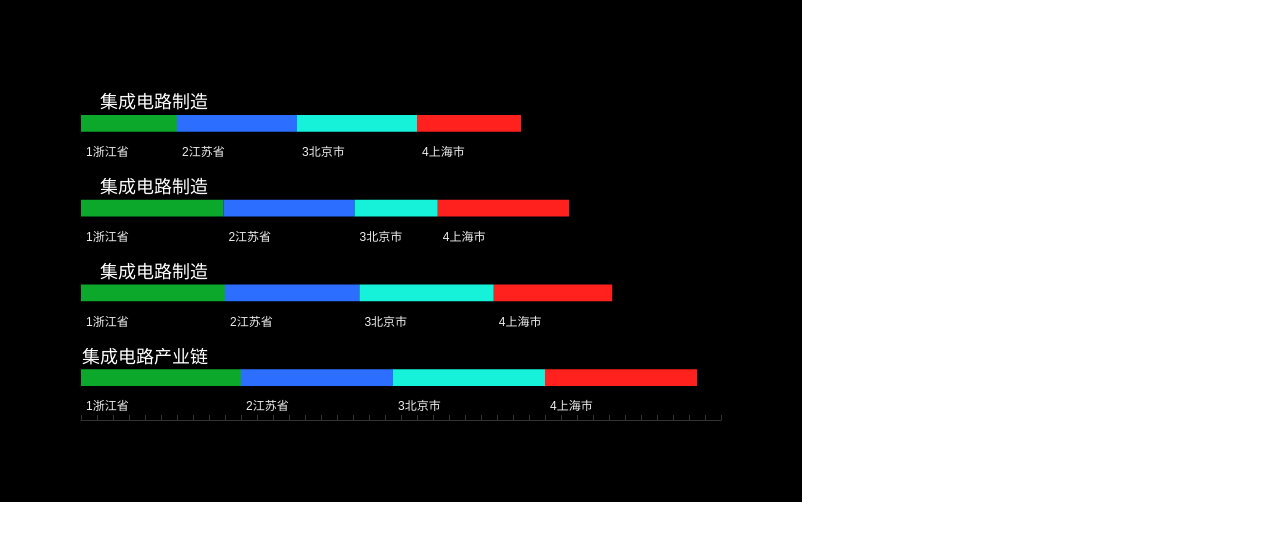
Repository: 572031690/echartproj
Page: /#/test
The author's editor kept a copy of each file at every save. The page is drawn from the files as they stood at one save, then again after the next save.
The browser window is 1280 px wide. The pictures show the whole page.
The project was rebuilt for these pictures with package versions that can differ from the ones it lists, and the page was loaded fresh each time. Also part of the build but not shown: vue.config.js, src/components/Seller.vue, src/views/SellerPage.vue, src/utils/theme_utils.js, src/components/Trend.vue, src/views/TrendPage.vue, src/utils/map_utils.js, src/components/Map.vue and 9 more.

Above is the page before, as saved 2021-08-03 12:45:12.

### public/index.html
<!DOCTYPE html>
<html lang="en">
  <head>
    <meta charset="utf-8">
    <meta http-equiv="X-UA-Compatible" content="IE=edge">
    <meta name="viewport" content="width=device-width,initial-scale=1.0">
    <link rel="icon" href="<%= BASE_URL %>favicon.ico">
    <title><%= htmlWebpackPlugin.options.title %></title>
  </head>
  <body>
    <noscript>
      <strong>We're sorry but <%= htmlWebpackPlugin.options.title %> doesn't work properly without JavaScript enabled. Please enable it to continue.</strong>
    </noscript>
    <div id="app"></div>
    <!-- built files will be auto injected -->
    <!-- 一旦通过script标签引入的echarts.js的文件之后呢, window.echarts -->
    <script src="static/lib/echarts.min.js"></script>
    <!-- 引入主题的js文件 -->
    <script src="static/theme/chalk.js"></script>
    <script src="static/theme/vintage.js"></script>
  </body>
</html>

### src/main.js
import Vue from 'vue'
import App from './App.vue'
import router from './router'
import store from './store'
// 引入字体的文件
import './assets/font/iconfont.css'
// 引入全局的样式文件
import './assets/css/global.less'
import axios from 'axios'
import SocketService from './utils/socket_service'

// 调用socket **********
// import SocketService from '@/utils/socket_service'
// 对服务端进行webSocket连接 *********
// SocketService.Instance.connect()
// Vue.prototype.$socket = SocketService.Instance

// 请求基准路径的配置
axios.defaults.baseURL = 'http://127.0.0.1:8888/api/'
// 将axios挂载到Vue的原型对象上
// 在别的组件中 this.$http
Vue.prototype.$http = axios

// 将全局的echarts对象挂载到Vue的原型对象上
// 别的组件中 this.$echarts
Vue.prototype.$echarts = window.echarts

Vue.config.productionTip = false

new Vue({
  router,
  store,
  render: h => h(App)
}).$mount('#app')

### src/App.vue
<template>
  <div id="app">
    <!-- 路由占位符 -->
    <router-view></router-view>
  </div>
</template>

<style lang="less">

</style>

### src/router/index.js
import Vue from 'vue'
import VueRouter from 'vue-router'
import SellerPage from '@/views/SellerPage'
import TrendPage from '@/views/TrendPage'
import MapPage from '@/views/MapPage'
import RankPage from '@/views/RankPage'
import HotPage from '@/views/HotPage'
import StockPage from '@/views/StockPage'
import Test from '../components/Test.vue'
import ScreenPage from '@/views/ScreenPage'

Vue.use(VueRouter)

const routes = [
  {
    path: '/',
    redirect: '/screen'
  },
  {
    path: '/screen',
    component: ScreenPage
  },
  {
    path: '/sellerpage',
    component: SellerPage
  },
  {
    path: '/trendpage',
    component: TrendPage
  },
  {
    path: '/mappage',
    component: MapPage
  },
  {
    path: '/rankpage',
    component: RankPage
  },
  {
    path: '/hotpage',
    component: HotPage
  },
  {
    path: '/stockpage',
    component: StockPage
  },
  {
    path: '/test',
    component: Test
  }

]

const router = new VueRouter({
  routes
})

export default router

### src/store/index.js
import Vue from 'vue'
import Vuex from 'vuex'

Vue.use(Vuex)

export default new Vuex.Store({
  state: {
    theme: 'chalk'
  },
  mutations: {
    changeTheme (state) {
      if(state.theme === 'chalk'){
        state.theme = 'vintage'
      }else{
        state.theme = 'chalk'
      }
    }
  },
  actions: {
  },
  modules: {
  }
})

### src/assets/css/global.less
html, body, #app {
  width: 100%;
  height: 100%;
  padding: 0;
  margin: 0;
  overflow: hidden;
}

.com-page {
  width: 100%;
  height: 100%;
  overflow: hidden;
}

.com-container {
  width: 100%;
  height: 100%;
  overflow: hidden;
  position: relative;
}

.com-chart {
  width: 100%;
  height: 100%;
  overflow: hidden;
}

canvas {
  border-radius: 20px;
}

/*无法选中图片文字方法*/
span,div,img{
  user-select:none;
}

### src/utils/socket_service.js
export default class SocketService {
    // 单例的设计模式
    //如果别人通过get Instance 来的到我的实例对象 那我只会给他返回同一个实例对象
    static instance = null
    static get Instance() {
        if (!this.instance) {
            this.instance = new SocketService()
        }
        return this.instance
    }

    //和服务端连接的socket对象
    ws = null
    //存储回调函数
    callBackMapping = {}
    //定义连接服务器的方法
    connect() {
        //连接服务器
        if (!window.WebSocket) {
            return console.log('你的浏览器不支持WebSocket');
        }
        this.ws = new WebSocket('ws://localhost:9998')

        //连接服务端成功
        this.ws.onopen = () => {
            console.log('连接服务端成功');
        }
        //连接服务端失败
        this.ws.onclose = () => {
            console.log('连接服务端失败');
        }
        //得到服务端发送过来的数据
        this.ws.onmessage = msg => {
            console.log('从服务端获取数据');
            //得到的数据在msg的data里面
            // console.log(msg.data);
            const recvData = JSON.parse(msg.data)
            const socketType = recvData.socketType
            //判断回调函数是否存在
            if(this.callBackMapping[socketType]){
                const action = recvData.action
                if(action === 'getData') {
                    const realData = JSON.parse(recvData.data)
                    this.callBackMapping[socketType]
                }else if( action === 'fullScreen') {

                }else if(action === 'themeChange') {

                }
            }
        }
    }
    //回调函数的注册
    registerCallBack(socketType, callBack) {
        this.callBackMapping[socketType] = callBack
    }
    //取消某一个回调函数
    unRegisterCallBack(socketType) {
        this.callBackMapping[socketType] = null
    }

}

### src/components/Test.vue
<template>
  <div class="line-chart" ref="mybar">
    123
  </div>
</template>

<script>
export default {
  mounted() {
    this.getData()
    this.initChart()
  },
  data() {
    return {
      chartInstance: null,
      seriesData: [100, 120, 140, 90, 90, 80],
      barChart: {
        xAxisData: ['类别1', '类别2', '类别3', '类别4'],
        dataList: []
      },

      chartData1: [
        { rank: 1, name: '浙江省', value: 100 },
        { rank: 1, name: '江苏省', value: 90 },
        { rank: 1, name: '北京市', value: 89 },
        { rank: 1, name: '上海市', value: 60 }
      ],
      chartData2: [
        { rank: 2, name: '浙江省', value: 95 },
        { rank: 2, name: '江苏省', value: 84 },
        { rank: 2, name: '北京市', value: 82 },
        { rank: 2, name: '上海市', value: 75 }

      ],
      chartData3: [
        { rank: 3, name: '浙江省', value: 95 },
        { rank: 3, name: '江苏省', value: 84 },
        { rank: 3, name: '北京市', value: 52 },
        { rank: 3, name: '上海市', value: 75 }

      ],
      chartData4: [
        { rank: 4, name: '浙江省', value: 95 },
        { rank: 4, name: '江苏省', value: 74 },
        { rank: 4, name: '北京市', value: 82 },
        { rank: 4, name: '上海市', value: 65 }

      ],
      chartData5: [
        { rank: 5, name: '浙江省', value: 85.5 },
        { rank: 5, name: '江苏省', value: 44 },
        { rank: 5, name: '北京市', value: 72 },
        { rank: 5, name: '上海市', value: 75 }

      ],
      yAxisData: ['集成电路产业链', '集成电路制造', '集成电路制造', '集成电路制造']
    }
  },
  methods: {
    initChart() {
      const colorArr1 = [
        'rgba(11, 168, 44)',
        'rgba(44, 110, 255)',
        'rgba(22, 242, 217)',
        'rgba(254, 33, 30)',
        'rgba(250, 105, 0)'
      ]
      const ChartsData = [
        {
          name: '第一列',
          data: this.chartData1
        },
        {
          name: '第一列',
          data: this.chartData2
        },
        {
          name: '第一列',
          data: this.chartData3
        },
        {
          name: '第一列',
          data: this.chartData4
        },
        {
          name: '第一列',
          data: this.chartData5
        }
      ]
      var serises = ChartsData.map((item, index) => {
        if (item.data[index]) {
          return {
            name: item.data[index].name,
            stack: '类1',
            barWidth: '20%', // 宽度
            itemStyle: {
              color: arg => {
                return colorArr1[arg.componentIndex]
              },
              emphasis: { // 鼠标悬浮后的样式变化
                borderWidth: 5,
                borderType: 'solid',
                color: colorArr1[index],
                borderColor: colorArr1[index]
              }
            },
            data: [item.data[0].value, item.data[1].value, item.data[2].value, item.data[3].value],
            type: 'bar',
            label: {
              show: true,
              position: [5, 32],
              textStyle: {
                color: '#eee',
                fontSize: 12
              },
              formatter: arg => {
                return arg.seriesIndex + 1 + '' + item.data[index].name
              }
            }
          }
        }
      })
      // console.log(serises)
      const chartInstance = this.$echarts.init(this.$refs.mybar)
      const option = {
        tooltip: { // 设置鼠标悬浮提示框
          formatter: arg => {
            console.log(arg, '1111111111')
            return arg.seriesName + ' ' + arg.value
          },
          backgroundColor: '#343c55',
          borderColor: '#3c455a'
        },
        grid: [
          {
            top: 80,
            bottom: 81
          }
        ],
        xAxis: [
          {
            type: 'value',
            // gridIndex: 0,
            axisLabel: {
              // 刻度标签文字
              show: false
            },
            splitLine: {
              show: false
              // x轴横线

            },
            axisLine: {
              // 设置轴线
              show: true
            },
            axisTick: {
              show: true, // 是否显示坐标轴刻度。
              inside: true, // 让坐标轴刻度朝内 默认是false朝外
              length: 5 // 坐标轴刻度线的长度。
            },
            interval: 10 // 强制设置坐标轴刻度间隔值
          }
        ],
        yAxis: [
          {
            type: 'category',
            data: this.yAxisData,
            // gridIndex: 0, // x 轴所在的 grid 的索引，默认位于第一个 grid。
            axisLabel: {
              color: '#fff', // 刻度标签文字的颜色
              padding: [0, 0, 40, 0], // 设置轴文字上下偏移
              textStyle: {
                fontSize: 18
              }
            },
            offset: -135, // 设置x轴的偏移 -92是向上 但是得配合onZero: false,使用 不然负数不会生效
            axisLine: {
              onZero: false,
              // 设置轴线
              show: false
            },
            axisTick: {
              show: false // 是否显示坐标轴刻度。
            }
          }
        ],
        series: serises
      }
      chartInstance.setOption(option)
    },
    getData() {
      let sum = 0
      this.seriesData.forEach(item => (sum += item))
      const aver = sum / this.seriesData.length
      // console.log(aver)
      this.barChart.dataList[0] = this.seriesData.map(item => {
        if (item > aver) return item - aver
        else return 0
      })
      this.barChart.dataList[1] = this.seriesData.map(item => {
        if (item > aver) return aver
        else return item
      })
      // console.log(this.barChart.dataList)
    }
  }
}
</script>

<style>
.line-chart {
  width: 800px;
  height: 500px;
  border: 1px solid black;
  background: #000;
}
</style>

### public/static/theme/vintage.js
(function (root, factory) {
    if (typeof define === 'function' && define.amd) {
        // AMD. Register as an anonymous module.
        define(['exports', 'echarts'], factory);
    } else if (typeof exports === 'object' && typeof exports.nodeName !== 'string') {
        // CommonJS
        factory(exports, require('echarts'));
    } else {
        // Browser globals
        factory({}, root.echarts);
    }
}(this, function (exports, echarts) {
    var log = function (msg) {
        if (typeof console !== 'undefined') {
            console && console.error && console.error(msg);
        }
    };
    if (!echarts) {
        log('ECharts is not Loaded');
        return;
    }
    echarts.registerTheme('vintage', {
        "color": [
            '#0ba82c',
            '#2c6eff',
            '#16f2d9',
            '#fe211e',
            '#fa6900',
            "#eedd78",
            "#73a373",
            "#73b9bc",
            "#7289ab",
            "#91ca8c",
            "#f49f42"
        ],
        "backgroundColor": "#ffffff",
        "textStyle": {},
        "title": {
            "textStyle": {
                "color": "#333333"
            },
            "subtextStyle": {
                "color": "#aaa"
            }
        },
        "line": {
            "itemStyle": {
                "normal": {
                    "borderWidth": "4"
                }
            },
            "lineStyle": {
                "normal": {
                    "width": "3"
                }
            },
            "symbolSize": "0",
            "symbol": "circle",
            "smooth": true
        },
        "radar": {
            "itemStyle": {
                "normal": {
                    "borderWidth": 1
                }
            },
            "lineStyle": {
                "normal": {
                    "width": 2
                }
            },
            "symbolSize": 4,
            "symbol": "emptyCircle",
            "smooth": false
        },
        "bar": {
            "itemStyle": {
                "normal": {
                    "barBorderWidth": 0,
                    "barBorderColor": "#ccc"
                },
                "emphasis": {
                    "barBorderWidth": 0,
                    "barBorderColor": "#ccc"
                }
            }
        },
        "pie": {
            "itemStyle": {
                "normal": {
                    "borderWidth": 0,
                    "borderColor": "#ccc"
                },
                "emphasis": {
                    "borderWidth": 0,
                    "borderColor": "#ccc"
                }
            }
        },
        "scatter": {
            "itemStyle": {
                "normal": {
                    "borderWidth": 0,
                    "borderColor": "#ccc"
                },
                "emphasis": {
                    "borderWidth": 0,
                    "borderColor": "#ccc"
                }
            }
        },
        "boxplot": {
            "itemStyle": {
                "normal": {
                    "borderWidth": 0,
                    "borderColor": "#ccc"
                },
                "emphasis": {
                    "borderWidth": 0,
                    "borderColor": "#ccc"
                }
            }
        },
        "parallel": {
            "itemStyle": {
                "normal": {
                    "borderWidth": 0,
                    "borderColor": "#ccc"
                },
                "emphasis": {
                    "borderWidth": 0,
                    "borderColor": "#ccc"
                }
            }
        },
        "sankey": {
            "itemStyle": {
                "normal": {
                    "borderWidth": 0,
                    "borderColor": "#ccc"
                },
                "emphasis": {
                    "borderWidth": 0,
                    "borderColor": "#ccc"
                }
            }
        },
        "funnel": {
            "itemStyle": {
                "normal": {
                    "borderWidth": 0,
                    "borderColor": "#ccc"
                },
                "emphasis": {
                    "borderWidth": 0,
                    "borderColor": "#ccc"
                }
            }
        },
        "gauge": {
            "itemStyle": {
                "normal": {
                    "borderWidth": 0,
                    "borderColor": "#ccc"
                },
                "emphasis": {
                    "borderWidth": 0,
                    "borderColor": "#ccc"
                }
            }
        },
        "candlestick": {
            "itemStyle": {
                "normal": {
                    "color": "#c23531",
                    "color0": "#314656",
                    "borderColor": "#c23531",
                    "borderColor0": "#314656",
                    "borderWidth": 1
                }
            }
        },
        "graph": {
            "itemStyle": {
                "normal": {
                    "borderWidth": 0,
                    "borderColor": "#ccc"
                }
            },
            "lineStyle": {
                "normal": {
                    "width": 1,
                    "color": "#aaa"
                }
            },
            "symbolSize": 4,
            "symbol": "emptyCircle",
            "smooth": false,
            "color": [
                "#d87c7c",
                "#919e8b",
                "#d7ab82",
                "#6e7074",
                "#61a0a8",
                "#efa18d",
                "#787464",
                "#cc7e63",
                "#724e58",
                "#4b565b"
            ],
            "label": {
                "normal": {
                    "textStyle": {
                        "color": "#eee"
                    }
                }
            }
        },
        "map": {
            "itemStyle": {
                "normal": {
                    "areaColor": "#eeeeee",
                    "borderColor": "#444444",
                    "borderWidth": 0.5
                },
                "emphasis": {
                    "areaColor": "rgba(255,215,0,0.8)",
                    "borderColor": "#444444",
                    "borderWidth": 1
                }
            },
            "label": {
                "normal": {
                    "textStyle": {
                        "color": "#000000"
                    }
                },
                "emphasis": {
                    "textStyle": {
                        "color": "rgb(100,0,0)"
                    }
                }
            }
        },
        "geo": {
            "itemStyle": {
                "normal": {
                    "areaColor": "#eeeeee",
                    "borderColor": "#444444",
                    "borderWidth": 0.5
                },
                "emphasis": {
                    "areaColor": "rgba(255,215,0,0.8)",
                    "borderColor": "#444444",
                    "borderWidth": 1
                }
            },
            "label": {
                "normal": {
                    "textStyle": {
                        "color": "#000000"
                    }
                },
                "emphasis": {
                    "textStyle": {
                        "color": "rgb(100,0,0)"
                    }
                }
            }
        },
        "categoryAxis": {
            "axisLine": {
                "show": true,
                "lineStyle": {
                    "color": "#333"
                }
            },
            "axisTick": {
                "show": true,
                "lineStyle": {
                    "color": "#333"
                }
            },
            "axisLabel": {
                "show": true,
                "textStyle": {
                    "color": "#999"
                }
            },
            "splitLine": {
                "show": false,
                "lineStyle": {
                    "color": [
                        "#ccc"
                    ]
                }
            },
            "splitArea": {
                "show": false,
                "areaStyle": {
                    "color": [
                        "rgba(250,250,250,0.3)",
                        "rgba(200,200,200,0.3)"
                    ]
                }
            }
        },
        "valueAxis": {
            "axisLine": {
                "show": true,
                "lineStyle": {
                    "color": "#666666"
                }
            },
            "axisTick": {
                "show": false,
                "lineStyle": {
                    "color": "#333"
                }
            },
            "axisLabel": {
                "show": true,
                "textStyle": {
                    "color": "#aaaaaa"
                }
            },
            "splitLine": {
                "show": false,
                "lineStyle": {
                    "color": [
                        "#e6e6e6"
                    ]
                }
            },
            "splitArea": {
                "show": false,
                "areaStyle": {
                    "color": [
                        "rgba(250,250,250,0.05)",
                        "rgba(200,200,200,0.02)"
                    ]
                }
            }
        },
        "logAxis": {
            "axisLine": {
                "show": true,
                "lineStyle": {
                    "color": "#333"
                }
            },
            "axisTick": {
                "show": true,
                "lineStyle": {
                    "color": "#333"
                }
            },
            "axisLabel": {
                "show": true,
                "textStyle": {
                    "color": "#333"
                }
            },
            "splitLine": {
                "show": true,
                "lineStyle": {
                    "color": [
                        "#ccc"
                    ]
                }
            },
            "splitArea": {
                "show": false,
                "areaStyle": {
                    "color": [
                        "rgba(250,250,250,0.3)",
                        "rgba(200,200,200,0.3)"
                    ]
                }
            }
        },
        "timeAxis": {
            "axisLine": {
                "show": true,
                "lineStyle": {
                    "color": "#333"
                }
            },
            "axisTick": {
                "show": true,
                "lineStyle": {
                    "color": "#333"
                }
            },
            "axisLabel": {
                "show": true,
                "textStyle": {
                    "color": "#333"
                }
            },
            "splitLine": {
                "show": true,
                "lineStyle": {
                    "color": [
                        "#ccc"
                    ]
                }
            },
            "splitArea": {
                "show": false,
                "areaStyle": {
                    "color": [
                        "rgba(250,250,250,0.3)",
                        "rgba(200,200,200,0.3)"
                    ]
                }
            }
        },
        "toolbox": {
            "iconStyle": {
                "normal": {
                    "borderColor": "#999999"
                },
                "emphasis": {
                    "borderColor": "#666666"
                }
            }
        },
        "legend": {
            "textStyle": {
                "color": "#333333"
            }
        },
        "tooltip": {
            "axisPointer": {
                "lineStyle": {
                    "color": "#cccccc",
                    "width": 1
                },
                "crossStyle": {
                    "color": "#cccccc",
                    "width": 1
                }
            }
        },
        "timeline": {
            "lineStyle": {
                "color": "#293c55",
                "width": 1
            },
            "itemStyle": {
                "normal": {
                    "color": "#293c55",
                    "borderWidth": 1
                },
                "emphasis": {
                    "color": "#a9334c"
                }
            },
            "controlStyle": {
                "normal": {
                    "color": "#293c55",
                    "borderColor": "#293c55",
                    "borderWidth": 0.5
                },
                "emphasis": {
                    "color": "#293c55",
                    "borderColor": "#293c55",
                    "borderWidth": 0.5
                }
            },
            "checkpointStyle": {
                "color": "#e43c59",
                "borderColor": "rgba(194,53,49,0.5)"
            },
            "label": {
                "normal": {
                    "textStyle": {
                        "color": "#293c55"
                    }
                },
                "emphasis": {
                    "textStyle": {
                        "color": "#293c55"
                    }
                }
            }
        },
        "visualMap": {
            "color": [
                "#bf444c",
                "#d88273",
                "#f6efa6"
            ]
        },
        "dataZoom": {
            "backgroundColor": "rgba(47,69,84,0)",
            "dataBackgroundColor": "rgba(47,69,84,0.3)",
            "fillerColor": "rgba(167,183,204,0.4)",
            "handleColor": "#a7b7cc",
            "handleSize": "100%",
            "textStyle": {
                "color": "#333333"
            }
        },
        "markPoint": {
            "label": {
                "normal": {
                    "textStyle": {
                        "color": "#eee"
                    }
                },
                "emphasis": {
                    "textStyle": {
                        "color": "#eee"
                    }
                }
            }
        }
    });
}));

Loaded but not shown: src/assets/font/iconfont.css (common file); public/static/lib/echarts.min.js (library); public/static/theme/chalk.js (521 lines, source omitted)

After the next save:
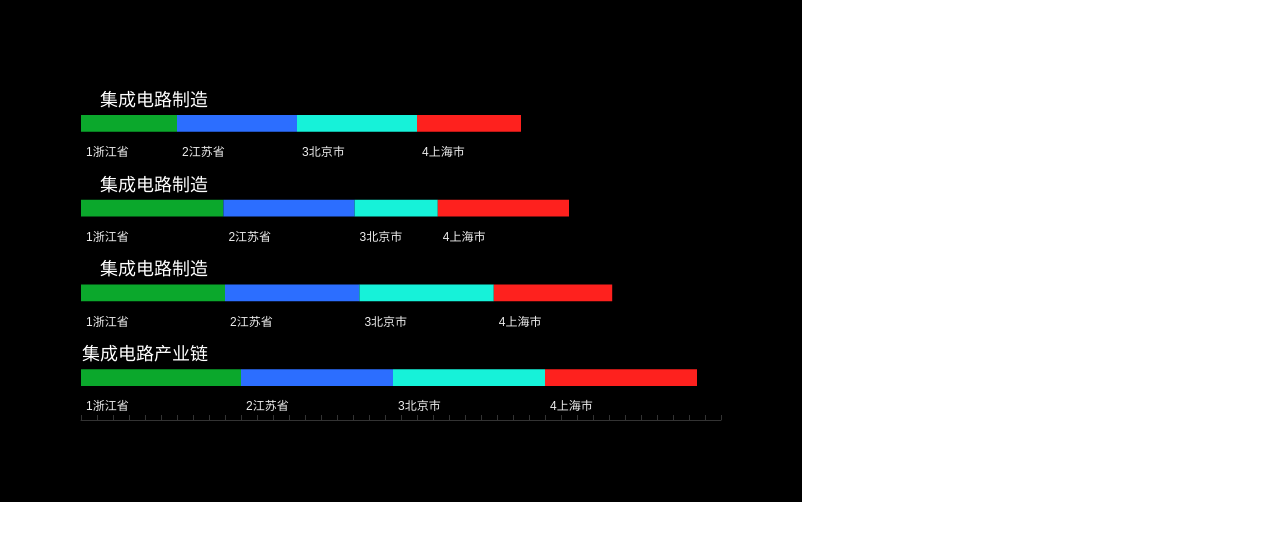
Saved 20 s later.
--- a/src/components/Test.vue
+++ b/src/components/Test.vue
@@ -169,7 +169,7 @@ export default {
             // gridIndex: 0, // x 轴所在的 grid 的索引，默认位于第一个 grid。
             axisLabel: {
               color: '#fff', // 刻度标签文字的颜色
-              padding: [0, 0, 40, 0], // 设置轴文字上下偏移
+              padding: [0, 0, 45, 0], // 设置轴文字上下偏移
               textStyle: {
                 fontSize: 18
               }
